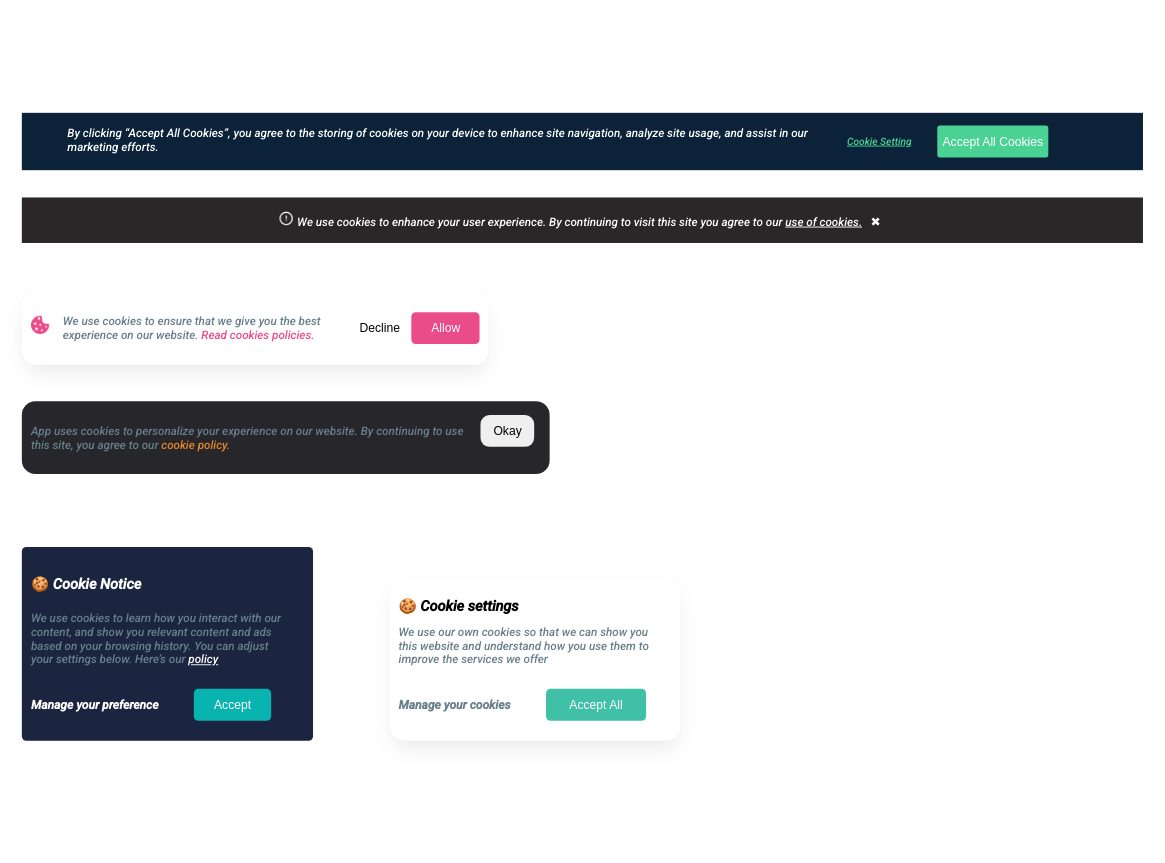
Repository: batonAnton/cursor_cookies_lectr3
Page: index.html
An editor plug-in stored every save of this project. The page is shown before and after the next save, followed by the edit.
The browser window is 1280 px wide. The pictures show the whole page, at 91% of full size.

Above is the page before, as saved 2022-06-01 14:51:32.

After the next save:
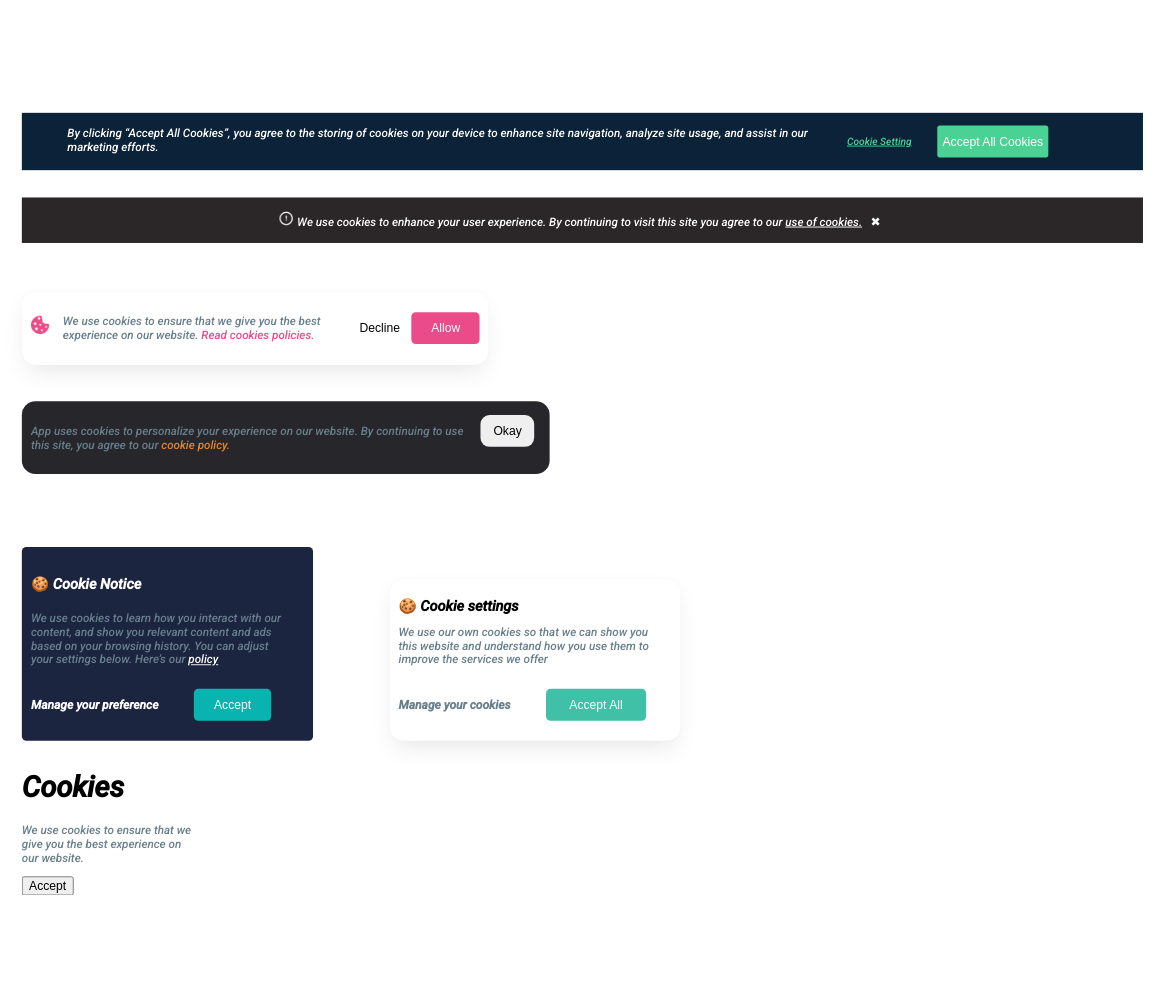
Saved 6 min 10 s later.
--- a/index.html
+++ b/index.html
@@ -49,6 +49,12 @@
             <h5>Manage your cookies </h5>
             <button>accept all</button>
         </div>
+
+        <div class="banner_7">
+            <h1>Cookies</h1>
+            <p>We use cookies to ensure that we <br> give you the best experience on <br> our website.</p>
+            <button>Accept</button>
+        </div>
     </div>
 </body>
 </html>
